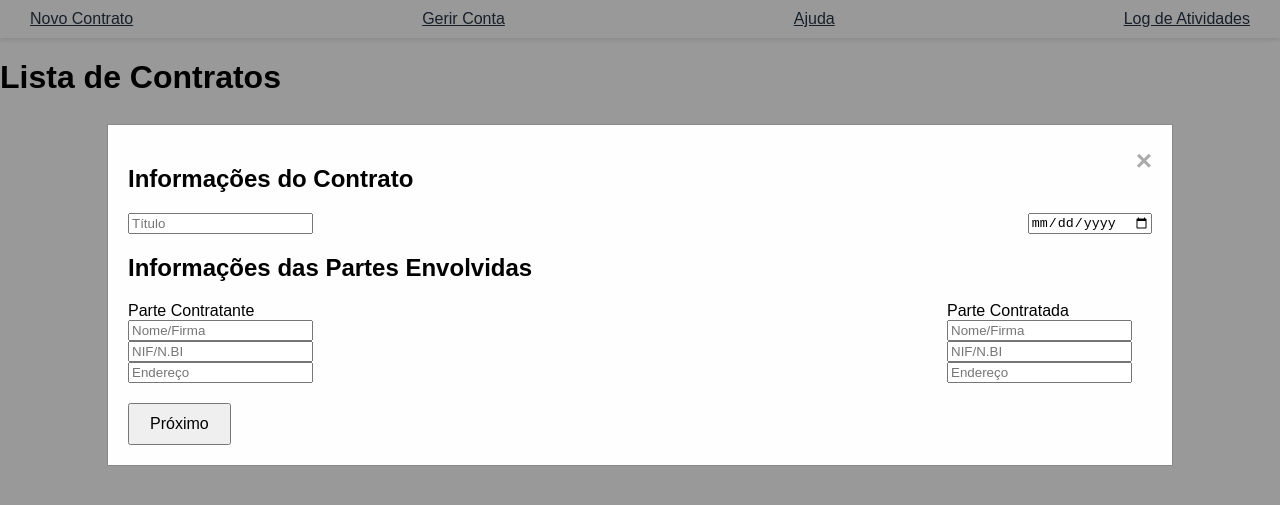
Repository: YuaneCastro/Sistema-de-Gest-o-de-Usu-rios-e-Contratos
Page: tela-principal/tela-principal.html
These files come from the project's save history. The page is drawn as it stood at one moment and after the next save; the edit follows.
The browser window is 1280 px wide. The pictures show the whole page.
After loading, the first visible `#criar-contrato-link` was clicked once.
The page's requests for data from a server got no answer.

Above is the page before, as saved 2024-06-23 11:31:42.
Console error: TypeError: Cannot read properties of null (reading 'addEventListener')

After the next save:
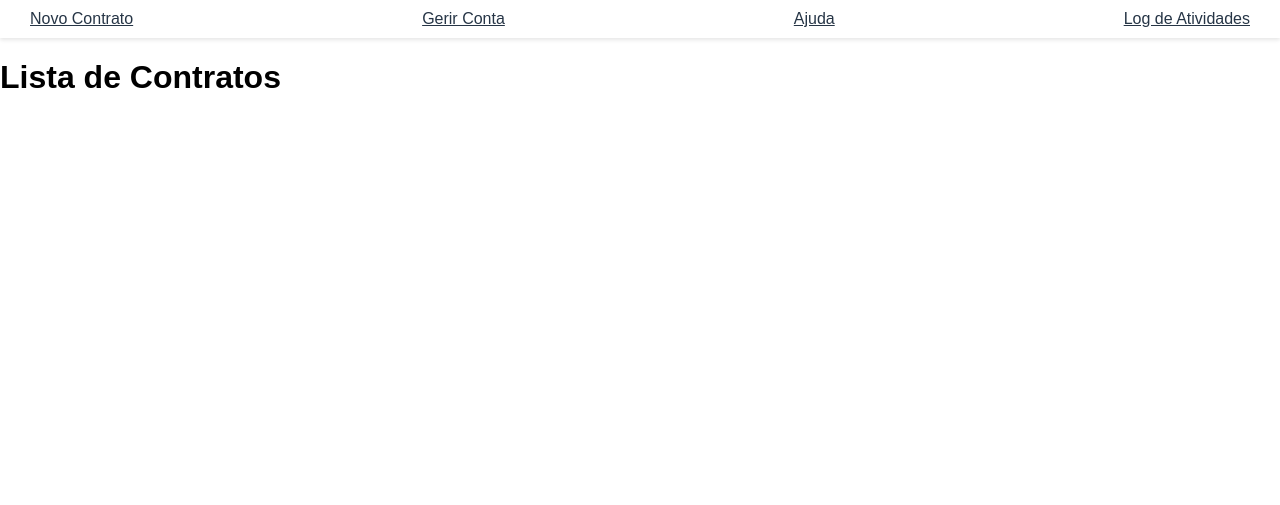
Saved 12 s later.
--- a/tela-principal/script-principal.js
+++ b/tela-principal/script-principal.js
@@ -2,106 +2,76 @@
     loadContratos();
     carregarLogsAtividades();
 
-    // Função para abrir modal
-    function openModal(modal) {
+    // Pega o modal
+    var modal = document.getElementById("logModal");
+
+    // Pega o link que abre o modal
+    var link = document.getElementById("log-atividades-link");
+
+    // Pega o elemento <span> que fecha o modal
+    var span = document.getElementsByClassName("close")[0];
+
+    // Quando o usuário clicar no link, abre o modal
+    link.onclick = function() {
         modal.style.display = "block";
     }
 
-    // Função para fechar modal
-    function closeModal(modal) {
+    // Quando o usuário clicar no <span> (x), fecha o modal
+    span.onclick = function() {
         modal.style.display = "none";
-    }
-
-    // Pega os modais
-    var logModal = document.getElementById("logModal");
-    var contratoModal = document.getElementById("contratoModal");
-    var helpModal = document.getElementById("helpModal");
-    var updateModal = document.getElementById("updateModal");
-
-    // Pega os links que abrem os modais
-    var logLink = document.getElementById("log-atividades-link");
-    var contratoLink = document.getElementById("criar-contrato-link");
-    var manageAccountLink = document.getElementById("manage-account-link");
-    var updateInfoLink = document.getElementById("update-info-link");
-
-    // Pega os elementos <span> que fecham os modais
-    var closeButtons = document.getElementsByClassName("close");
-
-    // Quando o usuário clicar nos links, abre os modais correspondentes
-    logLink.onclick = function() {
-        openModal(logModal);
-    }
-
-    contratoLink.onclick = function() {
-        openModal(contratoModal);
-    }
-
-    manageAccountLink.onclick = function() {
-        openModal(helpModal);
-    }
-
-    updateInfoLink.onclick = function() {
-        openModal(updateModal);
-    }
-
-    // Quando o usuário clicar nos <span> (x), fecha os modais correspondentes
-    for (let button of closeButtons) {
-        button.onclick = function() {
-            closeModal(button.closest(".modal"));
-        }
     }
 
     // Quando o usuário clicar em qualquer lugar fora do modal, fecha o modal
     window.onclick = function(event) {
-        if (event.target.classList.contains('modal')) {
-            closeModal(event.target);
+        if (event.target == modal) {
+            modal.style.display = "none";
         }
     }
 
     // Link de Novo Contrato
     document.getElementById('criar-contrato-link').addEventListener('click', function() {
-        openModal(contratoModal);
+        document.getElementById('contrato-screen').classList.add('active');
     });
 
     // Link de Gerir Conta
     document.getElementById('manage-account-link').addEventListener('click', function() {
-        openModal(helpModal);
+        document.getElementById('help-screen').classList.add('active');
     });
 
     // Voltar da tela de Definições de Conta
     document.getElementById('back-button').addEventListener('click', function() {
-        closeModal(helpModal);
+        document.getElementById('help-screen').classList.remove('active');
     });
 
     // Link de Atualizar Informações
     document.getElementById('update-info-link').addEventListener('click', function() {
-        openModal(updateModal);
+        document.getElementById('update-screen').classList.add('active');
     });
 
     // Voltar da tela de Atualizar Informações
     document.getElementById('update-back-button').addEventListener('click', function() {
-        closeModal(updateModal);
+        document.getElementById('update-screen').classList.remove('active');
     });
 
     // Voltar da tela de Criação de Contratos
     document.getElementById('contrato-back-button').addEventListener('click', function() {
-        closeModal(contratoModal);
+        document.getElementById('contrato-screen').classList.remove('active');
     });
 
     // Voltar para a tela inicial da tela de Criação de Contratos
     document.getElementById('contrato-back-to-main-button').addEventListener('click', function() {
-        closeModal(contratoModal);
+        document.getElementById('contrato-screen').classList.remove('active');
     });
 
     // Link de Log de Atividades
     document.getElementById('log-atividades-link').addEventListener('click', async function() {
-        openModal(logModal);
+        document.getElementById('logs-screen').classList.add('active');
         await carregarLogsAtividades();
     });
 
     // Voltar da tela de Log de Atividades
     document.getElementById('logs-back-button').addEventListener('click', function() {
-        closeModal(logModal);
+        document.getElementById('logs-screen').classList.remove('active');
     });
 
     // Submissão do formulário de atualização de informações
@@ -120,7 +90,8 @@
             }
 
             alert('Informações atualizadas com sucesso!');
-            closeModal(updateModal);
+            // document.getElementById('update-screen').classList.remove('active'); // Não remover a tela de atualização
+            // Adicionar lógica adicional após a atualização, se necessário
 
         } catch (error) {
             console.error('Erro ao atualizar informações:', error.message);

After the 3 saves that followed:
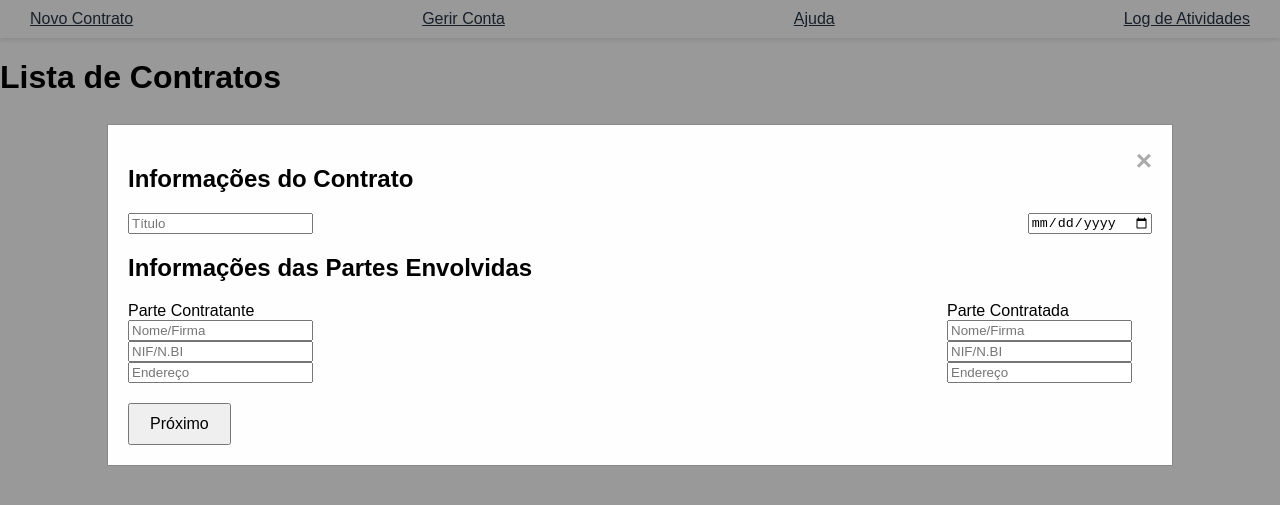
The 3 saves are shown as one change because 2 left the picture as it was.
The last was saved 3 min 50 s later.
--- a/tela-principal/script-principal.js
+++ b/tela-principal/script-principal.js
@@ -2,76 +2,106 @@
     loadContratos();
     carregarLogsAtividades();
 
-    // Pega o modal
-    var modal = document.getElementById("logModal");
-
-    // Pega o link que abre o modal
-    var link = document.getElementById("log-atividades-link");
-
-    // Pega o elemento <span> que fecha o modal
-    var span = document.getElementsByClassName("close")[0];
-
-    // Quando o usuário clicar no link, abre o modal
-    link.onclick = function() {
+    // Função para abrir modal
+    function openModal(modal) {
         modal.style.display = "block";
     }
 
-    // Quando o usuário clicar no <span> (x), fecha o modal
-    span.onclick = function() {
+    // Função para fechar modal
+    function closeModal(modal) {
         modal.style.display = "none";
+    }
+
+    // Pega os modais
+    var logModal = document.getElementById("logModal");
+    var contratoModal = document.getElementById("contratoModal");
+    var helpModal = document.getElementById("helpModal");
+    var updateModal = document.getElementById("updateModal");
+
+    // Pega os links que abrem os modais
+    var logLink = document.getElementById("log-atividades-link");
+    var contratoLink = document.getElementById("criar-contrato-link");
+    var manageAccountLink = document.getElementById("manage-account-link");
+    var updateInfoLink = document.getElementById("update-info-link");
+
+    // Pega os elementos <span> que fecham os modais
+    var closeButtons = document.getElementsByClassName("close");
+
+    // Quando o usuário clicar nos links, abre os modais correspondentes
+    logLink.onclick = function() {
+        openModal(logModal);
+    }
+
+    contratoLink.onclick = function() {
+        openModal(contratoModal);
+    }
+
+    manageAccountLink.onclick = function() {
+        openModal(helpModal);
+    }
+
+    updateInfoLink.onclick = function() {
+        openModal(updateModal);
+    }
+
+    // Quando o usuário clicar nos <span> (x), fecha os modais correspondentes
+    for (let button of closeButtons) {
+        button.onclick = function() {
+            closeModal(button.closest(".modal"));
+        }
     }
 
     // Quando o usuário clicar em qualquer lugar fora do modal, fecha o modal
     window.onclick = function(event) {
-        if (event.target == modal) {
-            modal.style.display = "none";
+        if (event.target.classList.contains('modal')) {
+            closeModal(event.target);
         }
     }
 
     // Link de Novo Contrato
     document.getElementById('criar-contrato-link').addEventListener('click', function() {
-        document.getElementById('contrato-screen').classList.add('active');
+        openModal(contratoModal);
     });
 
     // Link de Gerir Conta
     document.getElementById('manage-account-link').addEventListener('click', function() {
-        document.getElementById('help-screen').classList.add('active');
+        openModal(helpModal);
     });
 
     // Voltar da tela de Definições de Conta
     document.getElementById('back-button').addEventListener('click', function() {
-        document.getElementById('help-screen').classList.remove('active');
+        closeModal(helpModal);
     });
 
     // Link de Atualizar Informações
     document.getElementById('update-info-link').addEventListener('click', function() {
-        document.getElementById('update-screen').classList.add('active');
+        openModal(updateModal);
     });
 
     // Voltar da tela de Atualizar Informações
     document.getElementById('update-back-button').addEventListener('click', function() {
-        document.getElementById('update-screen').classList.remove('active');
+        closeModal(updateModal);
     });
 
     // Voltar da tela de Criação de Contratos
     document.getElementById('contrato-back-button').addEventListener('click', function() {
-        document.getElementById('contrato-screen').classList.remove('active');
+        closeModal(contratoModal);
     });
 
     // Voltar para a tela inicial da tela de Criação de Contratos
     document.getElementById('contrato-back-to-main-button').addEventListener('click', function() {
-        document.getElementById('contrato-screen').classList.remove('active');
+        closeModal(contratoModal);
     });
 
     // Link de Log de Atividades
     document.getElementById('log-atividades-link').addEventListener('click', async function() {
-        document.getElementById('logs-screen').classList.add('active');
+        openModal(logModal);
         await carregarLogsAtividades();
     });
 
     // Voltar da tela de Log de Atividades
     document.getElementById('logs-back-button').addEventListener('click', function() {
-        document.getElementById('logs-screen').classList.remove('active');
+        closeModal(logModal);
     });
 
     // Submissão do formulário de atualização de informações
@@ -90,8 +120,7 @@
             }
 
             alert('Informações atualizadas com sucesso!');
-            // document.getElementById('update-screen').classList.remove('active'); // Não remover a tela de atualização
-            // Adicionar lógica adicional após a atualização, se necessário
+            closeModal(updateModal);
 
         } catch (error) {
             console.error('Erro ao atualizar informações:', error.message);
